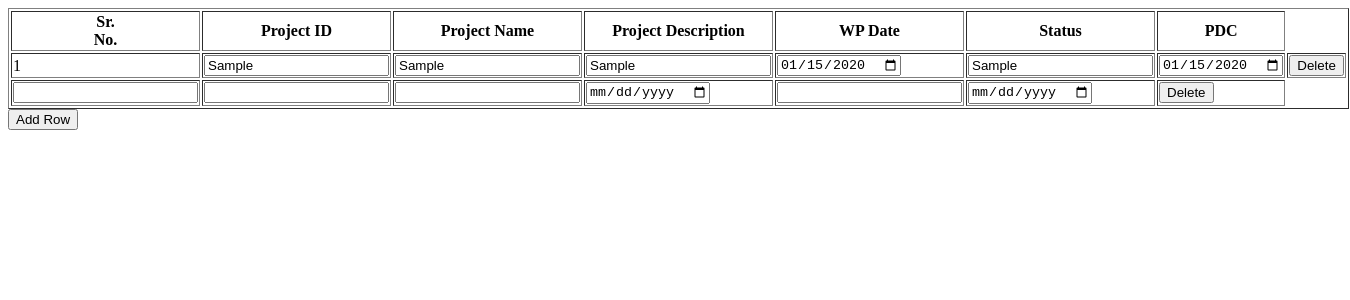
Repository: AdarshK062/BasicServlet
Page: http://localhost/Project1/index2.jsp
An editor plug-in stored every save of this project. The page is shown before and after the next save, followed by the edit.
The browser window is 1280 px wide. The page is 1350 px wide, then 1280 px, so the pictures cover 1350 px, including what lies to the right of the window. The pictures show the whole page.
Empty fields were first filled with sample values (such as "Sample", 5 or name@example.com).
After loading, the first visible `input[onclick="addRow('dataTable')"]` was clicked once.
The page is served by Tomcat 9. Other server files are loaded and not shown.

Above is the page before, as saved 2021-03-28 20:17:08.

### Project1/WebContent/index2.jsp
<%@ page language="java" contentType="text/html; charset=ISO-8859-1"
    pageEncoding="ISO-8859-1"%>
<!DOCTYPE html>
<html>
<head>
<meta charset="ISO-8859-1">
<title>Insert title here</title>
</head>
<body>
<%@ page import="BasicServlet.*" %>
<%
HttpSession s= request.getSession(true);
Employee emp=(Employee) s.getAttribute("emp");
DBConnect db=(DBConnect)s.getAttribute("db");
%>

<script>
	function addRow(tableID) {
        var table = document.getElementById(tableID);
        var rowCount = table.rows.length;
        var row = table.insertRow(rowCount);

        var cell1 = row.insertCell(0);
        var cell2 = row.insertCell(1);
        var cell3 = row.insertCell(2);
        var cell4 = row.insertCell(3);
        var cell5 = row.insertCell(4);
        var cell6 = row.insertCell(5);
        var cell7 = row.insertCell(6);

        var element1 = document.createElement("input");
        element1.type = "text";
        element1.setAttribute('value', '');
        element1.setAttribute('name', 'projectId'+(rowCount+1));
        cell1.appendChild(element1);

        var element2 = document.createElement("input");
        element2.type = "text";
        element2.setAttribute('value', '');
        element2.setAttribute('name', 'projectName'+(rowCount+1));
        cell2.appendChild(element2);

        var element3 = document.createElement("input");
        element3.type = "text";
        element3.setAttribute('value', '');
        element3.setAttribute('name', 'projectDesc'+(rowCount+1));
        cell3.appendChild(element3);

        var element4 = document.createElement("input");
        element4.type = "date";
        element4.setAttribute('name', 'WPDate'+(rowCount+1));
        cell4.appendChild(element4);

        var element5 = document.createElement("input");
        element5.type = "text";
        element5.setAttribute('value', '');
        element5.setAttribute('name', 'status'+(rowCount+1));
        cell5.appendChild(element5);

        var element6 = document.createElement("input");
        element6.type = "date";
        element6.setAttribute('name', 'PDC'+(rowCount+1));
        cell6.appendChild(element6);

        var element7 = document.createElement("input");
        element7.type = "button";
        element7.name = "button"+(rowCount + 1);
        element7.setAttribute('value', 'Delete');
        element7.onclick = function () { removeRow(btnName); }
        cell7.appendChild(element7);
    }
    function removeRow(btnName) {
        try {
            var table = document.getElementById('dataTable');
            var rowCount = table.rows.length;
            for(var i = 0; i < rowCount; i++){
                var row = table.rows[i];
                var rowObj = row.cells[0].childNodes[0];
                if (rowObj.name == btnName) {
                    table.deleteRow(i);
                    rowCount--;
                    break;
                }
            }
        }
        catch (e) {
            alert(e);
        }
    }
</SCRIPT>



	<TABLE id="dataTable" border="1">
		<TR>
			<TH>Sr.<br> No.</TH>
			<TH>Project ID</TH>
			<TH>Project Name</TH>
			<TH>Project Description</TH>
			<TH>WP Date</TH>
			<TH>Status</TH>
			<TH>PDC</TH>
		</TR>
		<TR>
			<TD>1</TD>
			<TD><input type="text" value="" name="projectId1"></TD>
			<TD><input type="text" value="" name="projectName1"></TD>
			<TD><input type="text" value="" name="projectDesc1"></TD>
			<TD><input type="date" value="" name="WPDate1"></TD>
			<TD><input type="text" value="" name="status1"></TD>
			<TD><input type="date" value="" name="PDC1"></TD>
			<TD><input type="button" name="button1" value="Delete" onclick="removeRow('button1')"></TD>
		</TR>
	</TABLE>
	<INPUT type="button" value="Add Row" onclick="addRow('dataTable')" />
</body>
</html>

After the next save:
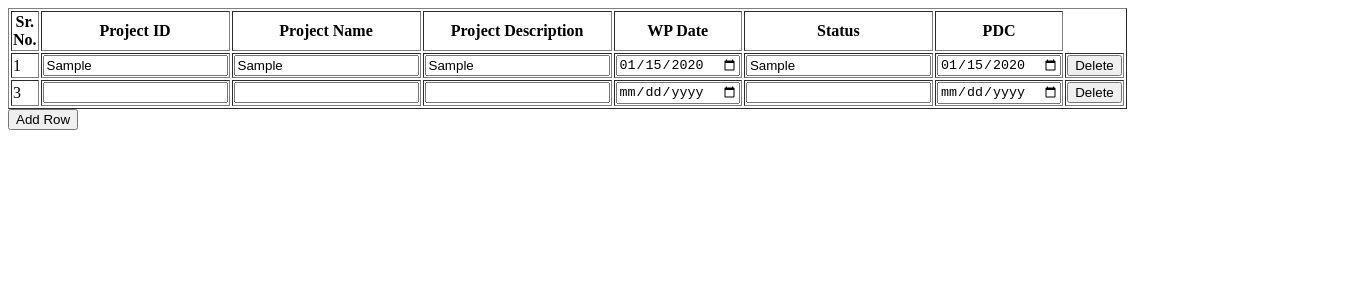
Saved 4 min 2 s later.
--- a/Project1/WebContent/index2.jsp
+++ b/Project1/WebContent/index2.jsp
@@ -20,13 +20,15 @@ DBConnect db=(DBConnect)s.getAttribute("db");
         var rowCount = table.rows.length;
         var row = table.insertRow(rowCount);
 
-        var cell1 = row.insertCell(0);
-        var cell2 = row.insertCell(1);
-        var cell3 = row.insertCell(2);
-        var cell4 = row.insertCell(3);
-        var cell5 = row.insertCell(4);
-        var cell6 = row.insertCell(5);
-        var cell7 = row.insertCell(6);
+        var cell0 = row.insertCell(0);
+        var cell1 = row.insertCell(1);
+        var cell2 = row.insertCell(2);
+        var cell3 = row.insertCell(3);
+        var cell4 = row.insertCell(4);
+        var cell5 = row.insertCell(5);
+        var cell6 = row.insertCell(6);
+        var cell7 = row.insertCell(7);
+        cell0.innerHTML = rowCount + 1;
 
         var element1 = document.createElement("input");
         element1.type = "text";
